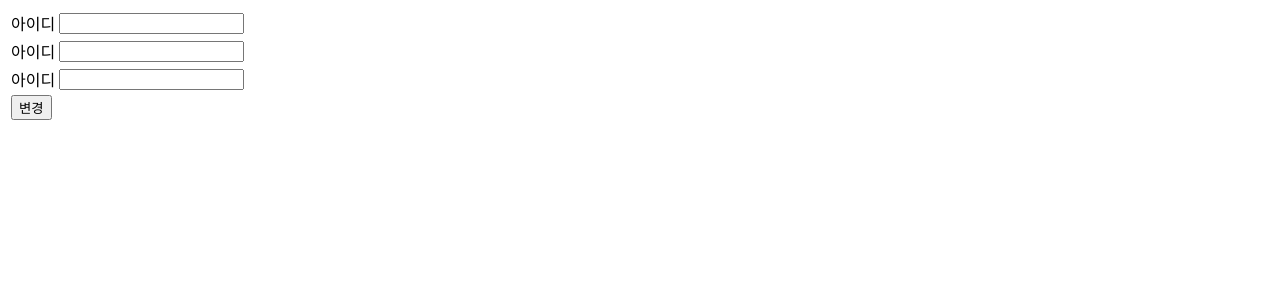
Repository: mvcfvsgdj/javaee
Page: http://localhost/prj0829/updateForm.jsp
These files come from the project's save history. The page is drawn as it stood at one moment and after the next save; the edit follows.
The browser window is 1280 px wide. The pictures show the whole page.
The page is served by Tomcat 9.

Above is the page before, as saved 2023-08-29 01:28:35.

### prj0829/src/main/webapp/updateForm.jsp
<%@ page language="java" contentType="text/html; charset=UTF-8"
	pageEncoding="UTF-8"%>
<!DOCTYPE html>
<html>
<head>
<meta charset="UTF-8">
<title>Insert title here</title>
</head>
<body>
	<form action="update_action.jsp" method="post">
		<table>

			<tr>
				<td>아이디</td>
				<td><input type="text" readonly="readonly"></td>
			</tr>

			<tr>
				<td>아이디</td>
				<td><input type="text"></td>
			</tr>

			<tr>
				<td>아이디</td>
				<td><input type="text"></td>
			</tr>
			<tr>

				<td><input type="submit" value="변경"></td>
			</tr>

		</table>
	</form>

</body>
</html>

After the next save:
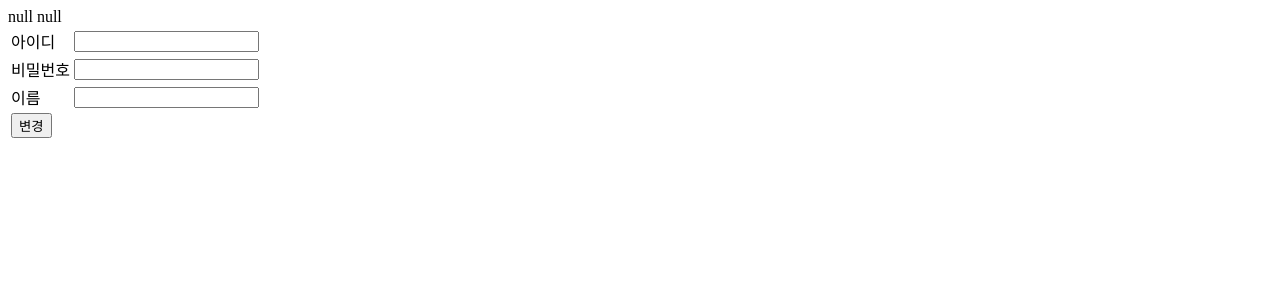
Saved 2 min 20 s later.
--- a/prj0829/src/main/webapp/updateForm.jsp
+++ b/prj0829/src/main/webapp/updateForm.jsp
@@ -1,5 +1,14 @@
 <%@ page language="java" contentType="text/html; charset=UTF-8"
 	pageEncoding="UTF-8"%>
+<%
+
+String userid = request.getParameter("userid");
+out.println(userid);
+
+
+%>
+
+<%=userid %>
 <!DOCTYPE html>
 <html>
 <head>
@@ -16,12 +25,12 @@
 			</tr>
 
 			<tr>
-				<td>아이디</td>
+				<td>비밀번호</td>
 				<td><input type="text"></td>
 			</tr>
 
 			<tr>
-				<td>아이디</td>
+				<td>이름</td>
 				<td><input type="text"></td>
 			</tr>
 			<tr>
